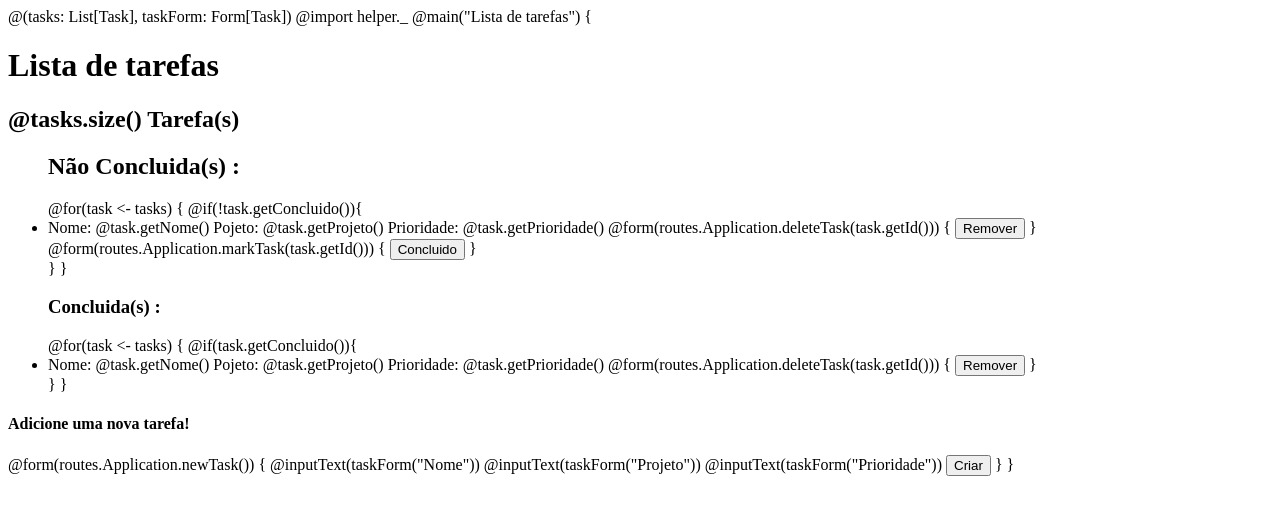
Repository: lcavalcante/si1
Page: lab2/.target/views/index.scala.html
The author's editor kept a copy of each file at every save. The page is drawn from the files as they stood at one save, then again after the next save.
The browser window is 1280 px wide. The pictures show the whole page.

Above is the page before, as saved 2013-11-27 01:31:11.

After the next save:
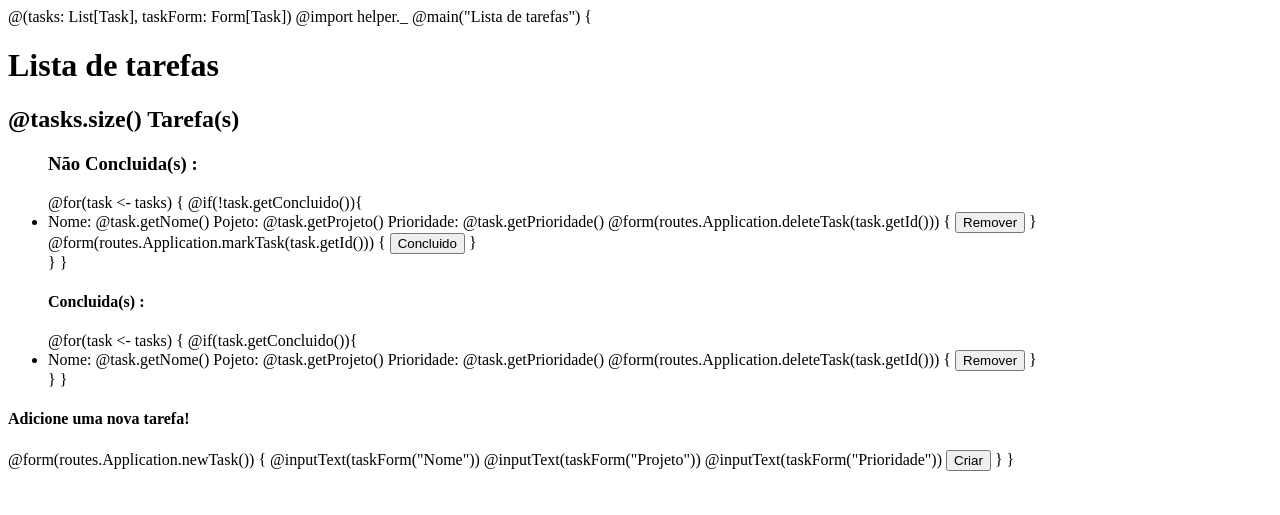
Saved 23 s later.
--- a/lab2/.target/views/index.scala.html
+++ b/lab2/.target/views/index.scala.html
@@ -10,7 +10,7 @@
     <h2>@tasks.size() Tarefa(s)</h1>
 
     <ul>
-        <h2>Não Concluida(s) : </h2>
+        <h3>Não Concluida(s) : </h2>
         @for(task <- tasks) {
 
                 @if(!task.getConcluido()){
@@ -35,7 +35,7 @@
     </ul>
 
     <ul>
-    	 <h3>Concluida(s) : </h2>
+    	 <h4>Concluida(s) : </h2>
         @for(task <- tasks) {
 
             	@if(task.getConcluido()){
